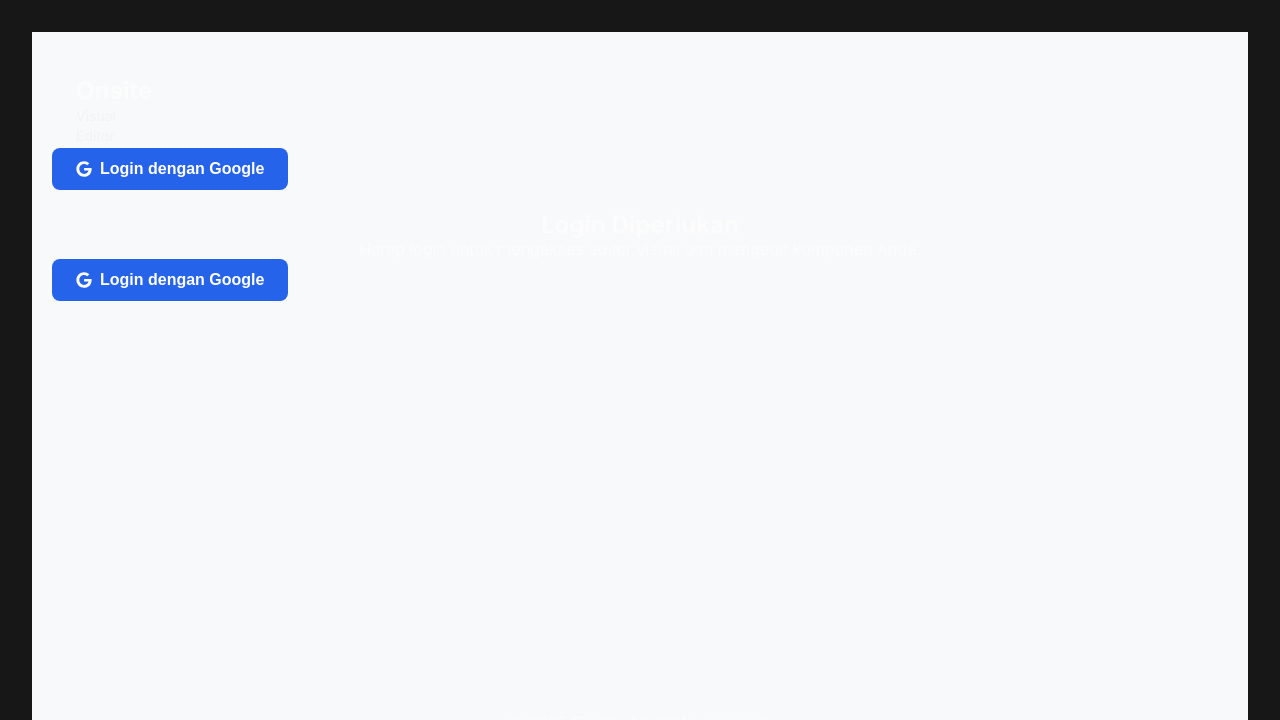
Repository: arifsoul/onsite
Page: /editor (app in onsite/)
The author's editor kept a copy of each file at every save. The page is drawn from the files as they stood at one save, then again after the next save.
The browser window is 1280 px wide. The pictures show the whole page.
An inner scrolling area shows only its first screen. The project was rebuilt for these pictures with package versions that can differ from the ones it lists, and the page was loaded fresh each time. Also part of the build but not shown: onsite/vite.config.js, onsite/src/components/Editor/CSSPanel.jsx, onsite/src/components/Editor/JSPanel.jsx, onsite/src/components/Editor/ComponentEditor.jsx, onsite/src/components/Preview/LivePreview.css, onsite/src/components/Preview/LivePreview.jsx, onsite/src/components/Navigation/NavMenu.jsx, onsite/src/components/FeatureCard/FeatureCard.jsx and 5 more.

Above is the page before, as saved 2025-04-15 11:01:30.

### onsite/src/index.css
/* src/index.css */
@import url('https://fonts.googleapis.com/css2?family=Inter:wght@400;600;700&display=swap');

* {
  margin: 0;
  padding: 0;
  box-sizing: border-box;
}

html, body {
  height: 100%;
  width: 100%;
  overflow-x: hidden; /* Mencegah scroll horizontal */
}

body {
  font-family: 'Inter', sans-serif;
  background-color: #f8f9fa;
}

#root {
  display: flex;
  flex-direction: column;
  min-height: 100vh;
  width: 100%;
}

### onsite/src/App.jsx
import { BrowserRouter as Router, Routes, Route } from 'react-router-dom';
import { Auth0Provider } from '@auth0/auth0-react';
import { CodeProvider } from './context/CodeContext';
import Home from './pages/Home';
import Editor from './pages/Editor';
import Login from './pages/Login';
import './App.css';

function App() {
  return (
    <Auth0Provider
      domain={import.meta.env.VITE_AUTH0_DOMAIN}
      clientId={import.meta.env.VITE_AUTH0_CLIENT_ID}
      redirectUri={window.location.origin}
    >
      <CodeProvider>
        <Router>
          <Routes>
            <Route path="/" element={<Home />} />
            <Route path="/login" element={<Login />} />
            <Route path="/editor" element={<Editor />} />
          </Routes>
        </Router>
      </CodeProvider>
    </Auth0Provider>
  );
}

export default App;

### onsite/src/context/CodeContext.jsx
import { createContext, useState, useContext } from 'react';

export const CodeContext = createContext();

export const CodeProvider = ({ children }) => {
  const [generatedCode, setGeneratedCode] = useState({
    html: '',
    css: '',
    js: '',
  });
  const [components, setComponents] = useState([]);

  const updateComponent = (id, updates) => {
    setComponents((prev) =>
      prev.map((comp) =>
        comp.id === id ? { ...comp, ...updates } : comp
      )
    );
  };

  return (
    <CodeContext.Provider
      value={{ generatedCode, setGeneratedCode, components, setComponents, updateComponent }}
    >
      {children}
    </CodeContext.Provider>
  );
};

export const useCode = () => useContext(CodeContext);

### onsite/src/pages/Editor.jsx
import ComponentEditor from '../components/Editor/ComponentEditor';
import LivePreview from '../components/Preview/LivePreview';
import GoogleLogin from '../components/Auth/GoogleLogin';
import { useAuth0 } from '@auth0/auth0-react';
import './Editor.css';

const Editor = () => {
  const { isAuthenticated } = useAuth0();

  return (
    <div className="editor-container">
      <header className="editor-header">
        <div className="logo">
          <h1>Onsite</h1>
          <span>Visual Editor</span>
        </div>
        <GoogleLogin />
      </header>
      <main className="editor-main">
        {!isAuthenticated ? (
          <section className="login-prompt">
            <h2>Login Diperlukan</h2>
            <p>Harap login untuk mengakses editor visual dan mengedit komponen Anda.</p>
            <GoogleLogin />
          </section>
        ) : (
          <section className="editor-section">
            <div className="card editor-card">
              <h3>Editor Komponen</h3>
              <ComponentEditor />
            </div>
            <div className="card preview-card">
              <h3>Pratinjau Langsung</h3>
              <LivePreview />
            </div>
          </section>
        )}
      </main>
      <footer className="editor-footer">
        <p>© 2025 Onsite. All rights reserved.</p>
      </footer>
    </div>
  );
};

export default Editor;

### onsite/src/components/Auth/GoogleLogin.jsx
import { useAuth0 } from '@auth0/auth0-react';
import { FaGoogle } from 'react-icons/fa';
import './GoogleLogin.css';

const GoogleLogin = () => {
  const { loginWithRedirect, isAuthenticated, user, logout } = useAuth0();

  return (
    <div>
      {isAuthenticated ? (
        <div className="user-info">
          <img src={user?.picture} alt={user?.name} />
          <span>{user?.name}</span>
          <button
            className="logout-btn"
            onClick={() => logout({ returnTo: window.location.origin })}
          >
            Logout
          </button>
        </div>
      ) : (
        <button
          className="google-login-btn"
          onClick={() => loginWithRedirect({ connection: 'google-oauth2' })}
        >
          <FaGoogle /> Login dengan Google
        </button>
      )}
    </div>
  );
};

export default GoogleLogin;

### onsite/src/pages/Home.css
@import url('https://fonts.googleapis.com/css2?family=Inter:wght@300;400;500;600;700&display=swap');

:root {
  --gray1: hsl(0, 0%, 99%);
  --gray2: hsl(0, 0%, 97.3%);
  --gray3: hsl(0, 0%, 95.1%);
  --gray4: hsl(0, 0%, 93%);
  --gray12: hsl(0, 0%, 9%);
  --primary: hsl(270, 60%, 50%);
  --primary-hover: hsl(270, 60%, 45%);
  --normal-bg: hsl(0, 0%, 9%);
  --normal-border: hsl(0, 0%, 20%);
  --normal-text: hsl(0, 0%, 99%);
}

body {
  margin: 0;
  font-family: 'Inter', ui-sans-serif, system-ui, -apple-system, BlinkMacSystemFont, 'Segoe UI', Roboto, 'Helvetica Neue', Arial, 'Noto Sans', sans-serif;
  background: var(--normal-bg);
  color: var(--normal-text);
  overflow-x: hidden;
}

/* Layout Container */
.home-container {
  display: flex;
  flex-direction: column;
  min-height: 100vh;
  max-width: 100%;
}

/* Header */
.home-header {
  display: flex;
  justify-content: space-between;
  align-items: center;
  padding: 1rem 2rem;
  background: rgba(0, 0, 0, 0.95);
  border-bottom: 1px solid var(--normal-border);
  position: fixed;
  top: 0;
  left: 0;
  width: 100%;
  z-index: 1000;
}

.header-content {
  display: flex;
  justify-content: space-between;
  align-items: center;
  max-width: 1440px;
  width: 100%;
  margin: 0 auto;
}

.logo h1 {
  font-size: 1.5rem;
  font-weight: 700;
  color: var(--gray1);
  margin: 0;
}

.logo span {
  font-size: 0.875rem;
  font-weight: 400;
  color: var(--gray3);
}

.nav-menu ul {
  list-style: none;
  display: flex;
  gap: 1.5rem;
  margin: 0;
  padding: 0;
}

.nav-menu a {
  text-decoration: none;
  color: var(--gray2);
  font-weight: 500;
  font-size: 0.95rem;
  transition: color 0.2s ease;
}

.nav-menu a:hover {
  color: var(--primary);
}

/* Main Content */
.home-main {
  padding: 80px 2rem 2rem;
  max-width: 1440px;
  margin: 0 auto;
  width: 100%;
}

/* Hero Section */
.hero-section {
  text-align: center;
  padding: 6rem 2rem;
  border-radius: 16px;
  margin-bottom: 4rem;
}

.hero-section h1 {
  font-size: 3rem;
  font-weight: 700;
  margin-bottom: 1.5rem;
  color: var(--gray1);
}

.hero-section p {
  font-size: 1.2rem;
  font-weight: 400;
  max-width: 800px;
  margin: 0 auto 2rem;
  color: var(--gray3);
}

.hero-cta {
  display: inline-flex;
  align-items: center;
  gap: 0.5rem;
  padding: 0.75rem 2rem;
  background: linear-gradient(90deg, var(--primary), hsl(270, 60%, 60%));
  color: var(--gray1);
  text-decoration: none;
  border-radius: 9999px;
  font-size: 1rem;
  font-weight: 600;
  transition: background 0.3s ease, transform 0.2s ease;
}

.hero-cta:hover {
  background: linear-gradient(90deg, var(--primary-hover), hsl(270, 60%, 55%));
  transform: translateY(-2px);
}

/* Feature Section */
.feature-section {
  margin-bottom: 4rem;
}

.feature-header {
  text-align: center;
  margin-bottom: 3rem;
}

.feature-header h2 {
  font-size: 2.25rem;
  font-weight: 700;
  color: var(--gray1);
}

.feature-header p {
  font-size: 1.1rem;
  color: var(--gray3);
  max-width: 800px;
  margin: 0.5rem auto 0;
}

.feature-list {
  display: grid;
  grid-template-columns: repeat(auto-fit, minmax(300px, 1fr));
  gap: 2rem;
  list-style: none;
  padding: 0;
}

.feature-card {
  padding: 2rem;
  background: rgba(255, 255, 255, 0.05);
  border: 1px solid var(--normal-border);
  border-radius: 16px;
  transition: transform 0.3s ease, box-shadow 0.3s ease;
}

.feature-card:hover {
  transform: translateY(-5px);
  box-shadow: 0 4px 12px rgba(0, 0, 0, 0.2);
}

.feature-icon {
  width: 24px;
  height: 24px;
  color: var(--primary);
  margin-bottom: 1rem;
}

.feature-card h3 {
  font-size: 1.5rem;
  font-weight: 600;
  color: var(--gray1);
  margin-bottom: 0.5rem;
}

.feature-card p {
  font-size: 1rem;
  color: var(--gray3);
}

/* Code Playground */
.code-playground {
  display: flex;
  flex-direction: column;
  gap: 2rem;
  padding: 3rem 2rem;
  background: rgba(255, 255, 255, 0.03);
  border-radius: 16px;
  margin-bottom: 4rem;
}

.playground-header {
  text-align: center;
  margin-bottom: 2rem;
}

.playground-header h2 {
  font-size: 2.25rem;
  font-weight: 700;
  color: var(--gray1);
}

.playground-header p {
  font-size: 1.1rem;
  color: var(--gray3);
}

.generator-section,
.preview-section,
.editor-section {
  padding: 2rem;
  background: rgba(255, 255, 255, 0.05);
  border: 1px solid var(--normal-border);
  border-radius: 12px;
}

.generator-section h3,
.preview-section h3,
.editor-section h3 {
  font-size: 1.75rem;
  font-weight: 600;
  color: var(--gray1);
  margin-bottom: 1rem;
}

.generator-inputs {
  display: flex;
  flex-direction: column;
  gap: 1.5rem;
  width: 100%;
}

.generator-file h4 {
  font-size: 1.1rem;
  font-weight: 500;
  color: var(--gray2);
  margin-bottom: 0.5rem;
}

.generator-file textarea,
.code-editor textarea {
  width: 100%;
  height: 200px;
  font-family: 'Courier New', monospace;
  font-size: 0.95rem;
  padding: 1rem;
  border: none;
  border-radius: 8px;
  background: hsl(0, 0%, 12%);
  color: var(--gray1);
  resize: vertical;
  box-shadow: inset 0 2px 8px rgba(0, 0, 0, 0.1);
  transition: box-shadow 0.2s ease;
}

.generator-file textarea:focus,
.code-editor textarea:focus {
  outline: none;
  box-shadow: 0 0 0 3px rgba(108, 67, 255, 0.3);
}

.preview-iframe {
  width: 100%;
  height: 450px;
  border: none;
  border-radius: 12px;
  background: hsl(0, 0%, 12%);
  box-shadow: 0 4px 12px rgba(0, 0, 0, 0.2);
}

.tabs {
  display: flex;
  gap: 0.5rem;
  margin-bottom: 1rem;
}

.tabs button {
  padding: 0.5rem 1.5rem;
  background: rgba(255, 255, 255, 0.1);
  border: 1px solid var(--normal-border);
  border-radius: 9999px;
  font-size: 0.95rem;
  font-weight: 500;
  color: var(--gray2);
  cursor: pointer;
  transition: all 0.2s ease;
}

.tabs button.active {
  background: var(--primary);
  color: var(--gray1);
  border-color: var(--primary);
}

.tabs button:hover:not(.active) {
  background: rgba(255, 255, 255, 0.15);
}

/* Footer */
.home-footer {
  text-align: center;
  padding: 2rem;
  background: rgba(0, 0, 0, 0.95);
  border-top: 1px solid var(--normal-border);
  color: var(--gray3);
  font-size: 0.9rem;
}

.footer-content {
  max-width: 1440px;
  margin: 0 auto;
  display: flex;
  justify-content: center;
  align-items: center;
  gap: 1rem;
}

.footer-link {
  color: var(--primary);
  text-decoration: none;
}

.footer-link:hover {
  text-decoration: underline;
}

/* Animations */
@keyframes fadeIn {
  from { opacity: 0; transform: translateY(10px); }
  to { opacity: 1; transform: translateY(0); }
}

.hero-section,
.feature-card,
.generator-section,
.preview-section,
.editor-section {
  animation: fadeIn 0.5s ease-out;
}

/* Responsive Design */
@media (max-width: 1024px) {
  .home-main {
    padding: 80px 1rem 2rem;
  }

  .feature-list {
    grid-template-columns: 1fr;
  }

  .feature-card {
    width: 90%;
    margin: 0 auto;
  }

  .hero-section h1 {
    font-size: 2.5rem;
  }

  .hero-section p {
    font-size: 1.1rem;
    max-width: 600px;
  }
}

@media (max-width: 768px) {
  .home-header {
    flex-direction: column;
    align-items: flex-start;
    padding: 1rem;
  }

  .header-content {
    flex-direction: column;
    align-items: flex-start;
    gap: 1rem;
  }

  .nav-menu ul {
    flex-direction: column;
    gap: 0.75rem;
    width: 100%;
  }

  .hero-section {
    padding: 4rem 1rem;
  }

  .hero-section h1 {
    font-size: 2rem;
  }

  .hero-section p {
    font-size: 1rem;
  }

  .code-playground {
    padding: 2rem 1rem;
  }

  .generator-section,
  .preview-section,
  .editor-section {
    padding: 1.5rem;
  }

  .generator-file textarea,
  .code-editor textarea {
    height: 150px;
  }

  .preview-iframe {
    height: 350px;
  }

  .feature-header h2,
  .playground-header h2 {
    font-size: 1.75rem;
  }

  .feature-header p,
  .playground-header p {
    font-size: 1rem;
  }
}

@media (max-width: 600px) {
  .home-main {
    padding: 70px 0.5rem 1rem;
  }

  .hero-cta {
    padding: 0.6rem 1.5rem;
    font-size: 0.9rem;
  }

  .generator-section h3,
  .preview-section h3,
  .editor-section h3 {
    font-size: 1.25rem;
  }

  .generator-file h4 {
    font-size: 0.95rem;
  }

  .tabs button {
    padding: 0.4rem 1rem;
    font-size: 0.85rem;
  }
}

### onsite/src/pages/Editor.css
.editor-container {
    display: flex;
    flex-direction: column;
    min-height: 100vh;
    width: 100%;
    background-color: #f8f9fa;
  }

  .editor-main {
    flex: 1;
    /* Tambahkan gaya lain sesuai kebutuhan */
  }

### onsite/src/components/Auth/GoogleLogin.css
/* src/components/Auth/GoogleLogin.css */
.google-login-btn {
  display: flex;
  align-items: center;
  gap: 0.5rem;
  padding: 0.75rem 1.5rem;
  background-color: #2563eb;
  color: #ffffff;
  border: none;
  border-radius: 8px;
  font-size: 1rem;
  font-weight: 600;
  cursor: pointer;
  transition: background-color 0.2s;
}

.google-login-btn:hover {
  background-color: #1d4ed8;
}

.user-info {
  display: flex;
  align-items: center;
  gap: 0.75rem;
}

.user-info img {
  border-radius: 50%;
  width: 36px;
  height: 36px;
}

.user-info span {
  font-size: 1rem;
  color: #1f2937;
}

.logout-btn {
  padding: 0.5rem 1rem;
  background-color: #dc2626;
  color: #ffffff;
  border: none;
  border-radius: 8px;
  font-size: 0.9rem;
  font-weight: 600;
  cursor: pointer;
  transition: background-color 0.2s;
}

.logout-btn:hover {
  background-color: #b91c1c;
}

### onsite/src/components/Editor/ComponentEditor.css
.editor-container {
  display: flex;
  flex-wrap: wrap;
  gap: 20px;
  padding: 20px;
}

.component-wrapper {
  border: 1px solid #ddd;
  padding: 10px;
  background: #fff;
  border-radius: 5px;
}

### onsite/src/components/Generator/AIGenerator.css
.ai-generator {
  background: var(--background);
  color: var(--text-primary);
  border-radius: 12px;
  padding: 2rem;
  box-shadow: 0 4px 6px rgba(0, 0, 0, 0.1);
  transition: all 0.3s ease;
}

.generator-header {
  display: flex;
  align-items: center;
  gap: 1rem;
  margin-bottom: 2rem;
}

.logo {
  height: 48px;
  width: 48px;
  object-fit: contain;
}

.prompt-container {
  position: relative;
  margin-bottom: 1.5rem;
}

.prompt-input {
  width: 100%;
  min-height: 150px;
  padding: 1.5rem;
  background: var(--input-background);
  border: 2px solid var(--border);
  color: var(--text-primary);
  border-radius: 8px;
  font-size: 16px;
  line-height: 1.6;
  resize: vertical;
  transition: all 0.2s ease;
}

.prompt-input:focus {
  outline: none;
  border-color: var(--primary);
  box-shadow: 0 0 0 3px var(--primary-transparent);
}

.send-button {
  position: absolute;
  right: 1.5rem;
  bottom: 1.5rem;
  background: var(--primary);
  border: none;
  border-radius: 8px;
  padding: 10px 16px;
  cursor: pointer;
  transition: all 0.2s ease;
  display: flex;
  align-items: center;
  gap: 8px;
}

.send-button:hover {
  background: var(--primary-hover);
  transform: translateY(-1px);
}

.send-button:disabled {
  background: var(--disabled);
  cursor: not-allowed;
  transform: none;
}

.paper-plane {
  width: 24px;
  height: 24px;
  fill: var(--text-on-primary);
}

.spinner {
  width: 24px;
  height: 24px;
  border: 3px solid rgba(255, 255, 255, 0.3);
  border-radius: 50%;
  border-top-color: var(--text-on-primary);
  animation: spin 1s linear infinite;
}

@keyframes spin {
  to { transform: rotate(360deg); }
}

.hint-text {
  color: var(--text-secondary);
  font-size: 0.9rem;
  text-align: center;
  margin-top: 1.5rem;
}

.error-message {
  color: var(--error);
  text-align: center;
  margin-top: 1rem;
  font-size: 0.9rem;
}

/* Dark mode */
[data-theme="dark"] {
  --background: #1e1e1e;
  --text-primary: #ffffff;
  --text-secondary: #a0a0a0;
  --input-background: #252526;
  --border: #333333;
  --primary: #007acc;
  --primary-hover: #0062a3;
  --primary-transparent: rgba(0, 122, 204, 0.2);
  --text-on-primary: #ffffff;
  --disabled: #4a4a4a;
  --error: #ff4444;
}

/* Light mode */
[data-theme="light"] {
  --background: #ffffff;
  --text-primary: #1e1e1e;
  --text-secondary: #666666;
  --input-background: #f8f9fa;
  --border: #dee2e6;
  --primary: #007acc;
  --primary-hover: #0062a3;
  --primary-transparent: rgba(0, 122, 204, 0.1);
  --text-on-primary: #ffffff;
  --disabled: #ced4da;
  --error: #dc3545;
}

Loaded but not shown: onsite/index.html (common file); onsite/src/main.jsx (common file); onsite/src/App.css (common file)

After the next save:
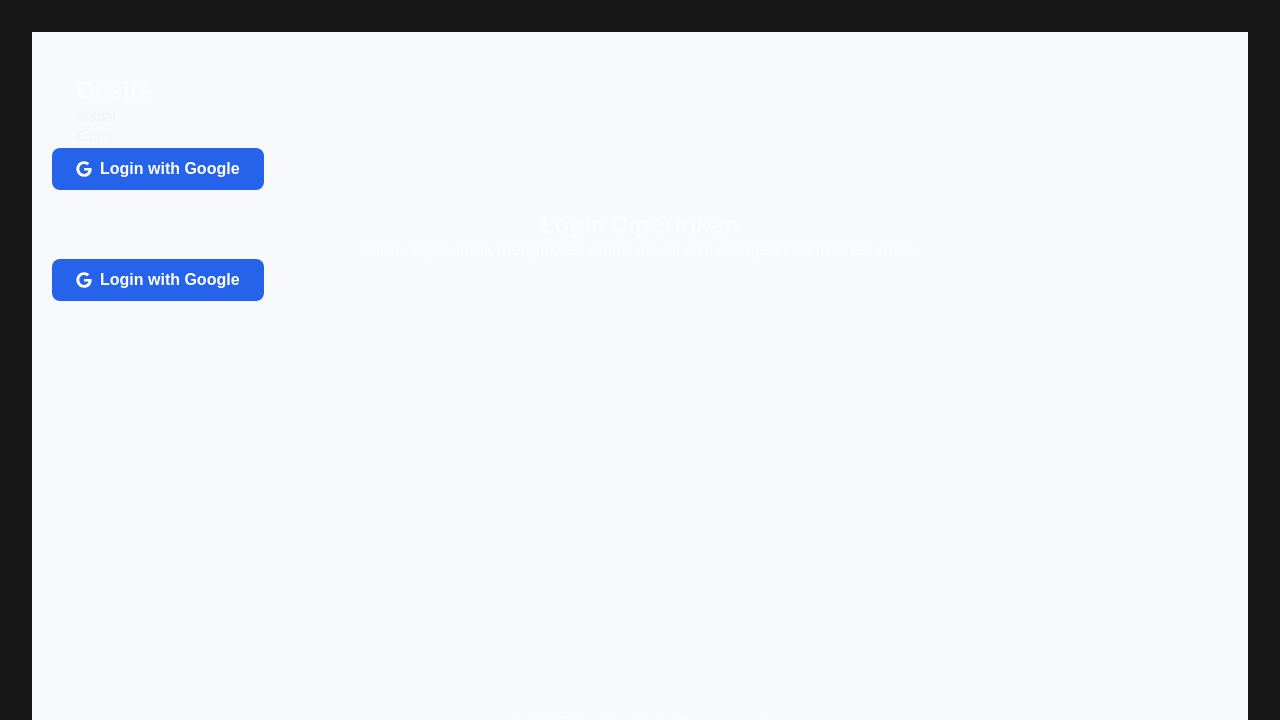
Saved 3 min 51 s later.
--- a/onsite/src/components/Auth/GoogleLogin.jsx
+++ b/onsite/src/components/Auth/GoogleLogin.jsx
@@ -23,7 +23,7 @@
           className="google-login-btn"
           onClick={() => loginWithRedirect({ connection: 'google-oauth2' })}
         >
-          <FaGoogle /> Login dengan Google
+          <FaGoogle /> Login with Google
         </button>
       )}
     </div>
